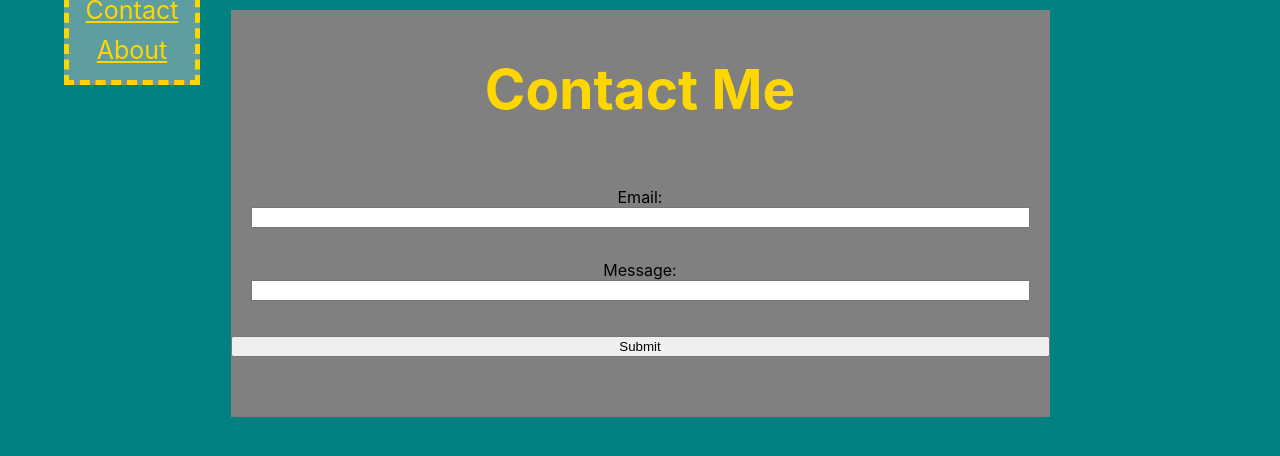
Repository: zeidalidiez/portfolioreact
Page: /Contact
An editor plug-in stored every save of this project. The page is shown before and after the next save, followed by the edit.
The browser window is 1280 px wide. The pictures show the whole page.
The project was rebuilt for these pictures with package versions that can differ from the ones it lists, and the page was loaded fresh each time. Also part of the build but not shown: src/components/Thumbnail.js, src/components/Projects.js, src/components/About.js.

Above is the page before, as saved 2021-02-08 18:08:57.

After the next save:
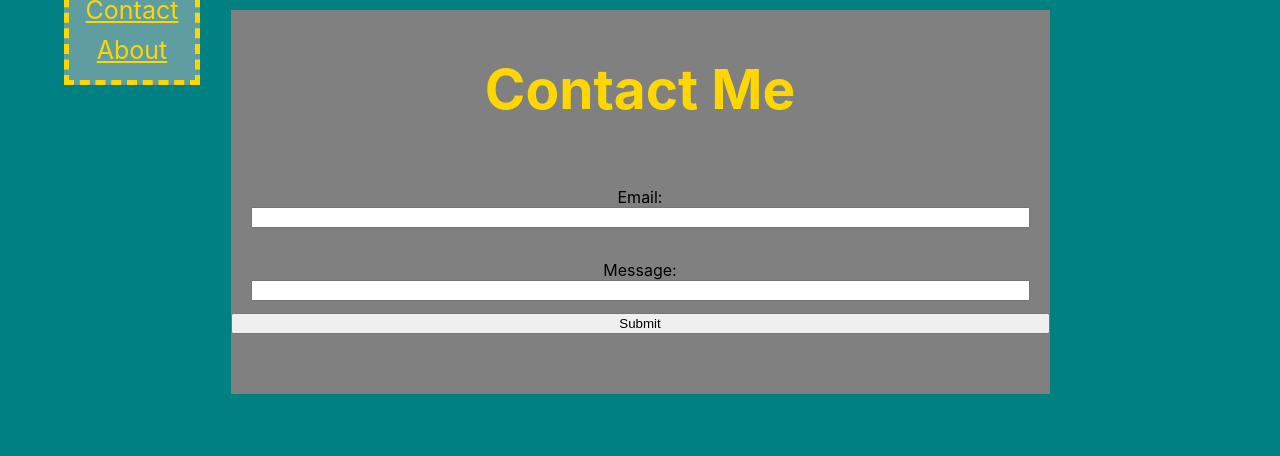
Saved 6 s later.
--- a/src/components/App.css
+++ b/src/components/App.css
@@ -115,7 +115,6 @@ form {
 .messageInput {
   width: 100%;
   padding: 12px 20px;
-  padding-bottom: 35px;
   box-sizing: border-box;
 }
 
